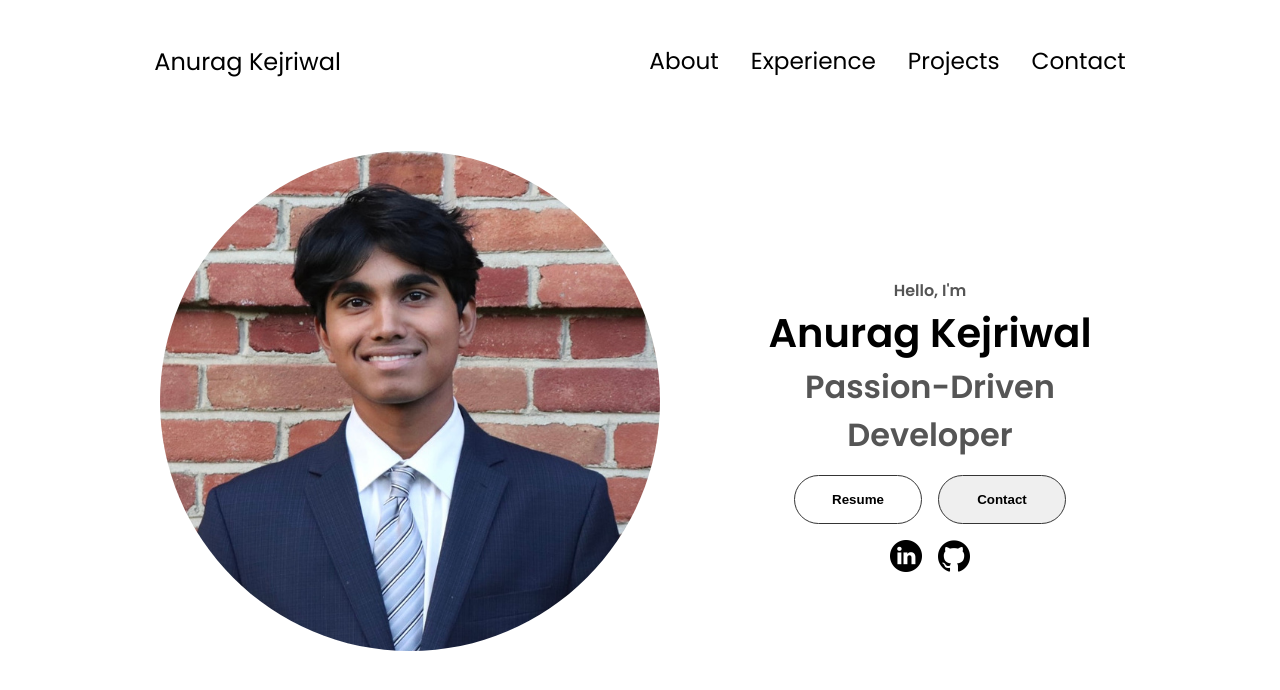
Repository: anuragkej/OldPortfolio
Page: index.html
An editor plug-in stored every save of this project. The page is shown before and after the next save, followed by the edit.
The browser window is 1280 px wide. The pictures show the whole page.

Above is the page before, as saved 2024-05-25 21:39:52.

### index.html
<!DOCTYPE html>
<html lang="en">
<head>
    <meta charset="UTF-8">
    <meta name="viewport" content="width=device-width, initial-scale=1.0">
    <title>Personal Portfolio</title>
    <link rel="stylesheet" href="style.css">
    <link rel="stylesheet" href="mediaqueries.css">
</head>
<body>
    <nav id="desktop-nav">
        <div class="logo">Anurag Kejriwal</div>
        <div>
            <ul class="nav-links">
                <li><a href="#about">About</a></li>
                <li><a href="#experience">Experience</a></li>
                <li><a href="#projects">Projects</a></li>
                <li><a href="#contact">Contact</a></li>
            </ul>
        </div>
    </nav>
    <nav id="hamburger-nav">
        <div class="logo">Anurag Kejriwal</div>
        <div class="hamburger-menu">
            <div class="hamburger-icon" onclick="toggleMenu()">
                <span></span>
                <span></span>
                <span></span>
            </div>
            <div class="menu-links">
                <li><a href="#about" onclick="toggleMenu()" >About</a></li>
                <li><a href="#experience" onclick="toggleMenu()">Experience</a></li>
                <li><a href="#projects" onclick="toggleMenu()">Projects</a></li>
                <li><a href="#contact" onclick="toggleMenu()">Contact</a></li>
            </div>
        </div>
    </nav>
    <section id="profile">
        <div class="section_pic-container">
            <img src="./assets/anuragprofpic.png" alt="Anurag Kejriwal profile picture">
        </div>
        <div class="section__text">
            <p class="section__text__p1">Hello, I'm</p>
            <h1 class="title">Anurag Kejriwal</h1>
            <p class="section__text__p2">Passion-Driven Developer</p>
            <div class="btn-container">
                <button class="btn btn-color-2"
                onclick="window.open('./assets/AnuragKejriwalResume_2026.pdf')">Resume</button>
                <button class="btn btn-color-1"
                onclick="location.href='./#contact'">Contact</button>
            </div>
            <div id="socials-container">
                <img src="./assets/linkedin.png" alt="My LinkedIn Profile"
                class ="icon" onclick="location.href='https://linkedin.com/in/anuragkejriwal1/'">
                <img src="./assets/github.png" alt="My Github Profile"
                class ="icon" onclick="location.href='https://github.com/anuragkej'">
            </div>
        </div>
    </section>
    <script src="script.js"></script>

</body>
</html>

### style.css
/* General */

@import url('https://fonts.googleapis.com/css2?family=Poppins:wght@300;400;500;600&display=swap');
*{
    margin: 0;
    padding: 0;
}

body{
    font-family: "Poppins", sans-serif;
}

html{
    scroll-behavior: smooth;
}

p{
    color: rgb(85, 85, 85);
}

/* Transition */
/* all the links, with button*/

a,
.btn{
    transition: all 300ms ease;
}

/*Desktop navigation */

nav, .nav-links {
    display: flex;
}

nav{
    justify-content: space-around;
    align-items: center;
    height: 17vh;
}

.nav-links{
    gap: 2rem;
    list-style: none;
    font-size: 1.45rem;
}

a{
    color: black;
    text-decoration: none;
    text-decoration-color: white;

}

a:hover{
    color: grey;
    text-decoration: underline;
    text-underline-offset: 0.7rem;
    text-decoration-color: rgb(181, 181, 181);
}

.logo{
    font-size: 1.5rem
}

.logo:hover{
    cursor:default;
}

/*Hamburger menu */

#hamburger-nav{
    display: none;
}

.hamburger-menu{
    position: relative;
    display: inline-block;
}

.hamburger-icon{
    display: flex;
    flex-direction: column;
    justify-content: space-between;
    height: 24px;
    width: 30px;
    cursor: pointer;
}

.hamburger-icon span{
    width: 100%;
    height: 2px;
    background-color: black;
    transition: all 0.3 ease-in-out;
}

.menu-links{
    position: absolute;
    top: 100%;
    right: 0%;
    background-color: white;
    width: fit-content;
    max-height: 0;
    overflow: hidden;
    transition: all 0.3 ease-in-out;
}

.menu-links a{
    display: block;
    padding: 10px;
    text-align: center;
    font-size: 1.5rem;
    color:black;
    text-decoration: none;
    transition: all 0.3 ease-in-out;

}

.menu-links li{
    list-style: none;
}

.menu-links.open{
    max-height: 300px;
}

.hamburger-icon.open span:first-child{
    transform: rotate(45deg) translate(10px, 5px);
}
.hamburger-icon.open span:nth-child(2){
    opacity: 0;
}
.hamburger-icon.open span:last-child{
    transform: rotate(-45deg) translate(10px, -5px);
}

.hamburger-icon span:first-child{
    transform: none;
}
.hamburger-icon span:first-child{
    opacity: 1;
}
.hamburger-icon span:first-child{
    transform: none;
}

/*Sections*/

section{
    padding-top: 4vh;
    height: 96vh;
    margin: 0 10rem;
    box-sizing: border-box;
    min-height: fit-content;
}

.section-container{
    display: flex;
}

/*Profile Section*/

#profile {
    display: flex;
    justify-content: center;
    gap: 5rem;
    height: 80vh;
}

.section__pic-container{
    display: flex;
    height: 400px;
    width: 400px;
    margin: auto 0;
}

.section__text{
    align-self: center;
    text-align: center;

}

.section__text p{
    font-weight: 600;
}

.section__text__p1{
    text-align: center;
}
.section__text__p2{
    font-size: 2rem;
    margin-bottom: 1rem;
}

.title{
    font-size: 2.5rem;
    text-align: center;
}

#socials-container{
    display: flex;
    justify-content: center;
    margin-top: 1rem;
    gap: 1rem;
}

/*Icon*/

.icon{
    cursor: pointer;
    height: 2rem;
}

/*Buttons*/

.btn-container{
    display: flex;
    justify-content: center;
    gap: 1rem;

}

.btn{
    font-weight: 600;
    transition: all 300ms ease;
    padding: 1rem;
    width: 8rem;
    border-radius: 2rem;
}

.btn-color-1, .btn-color-2{
    border: rgb(53,53,53) 0.1rem solid;
}

.btn-color-1:hover, .btn-color-2:hover{
    cursor: pointer;
}


.btn-color-1:hover, .btn-color-2:hover{
    background: rgb(42, 42, 42);
    color: white;
}

.btn-color-2 {
    background: none;
}

.btn-color-2:hover{
    border: rgb(255,255,255) 0.3rem solid;
}

.btn-container {
    gap: 1rem;
}

### mediaqueries.css
@media screen and (max-width: 1200px) {
    #desktop-nav {
        display: none;
    }
    #hamburger-nav{
        display: flex;
    }
}

### script.js
function toggleMenu(){
    const menu = document.querySelector(".menu-links");
    const icon = document.querySelector(".hamburger-icon");
    menu.classList.toggle("open");
    icon.classList.toggle("open");
}
function toggleMenu(){
    const menu = document.querySelector(".menu-links");
    const icon = document.querySelector(".hamburger-icon");
    menu.classList.toggle("open");
    icon.classList.toggle("open");
}

After the next save:
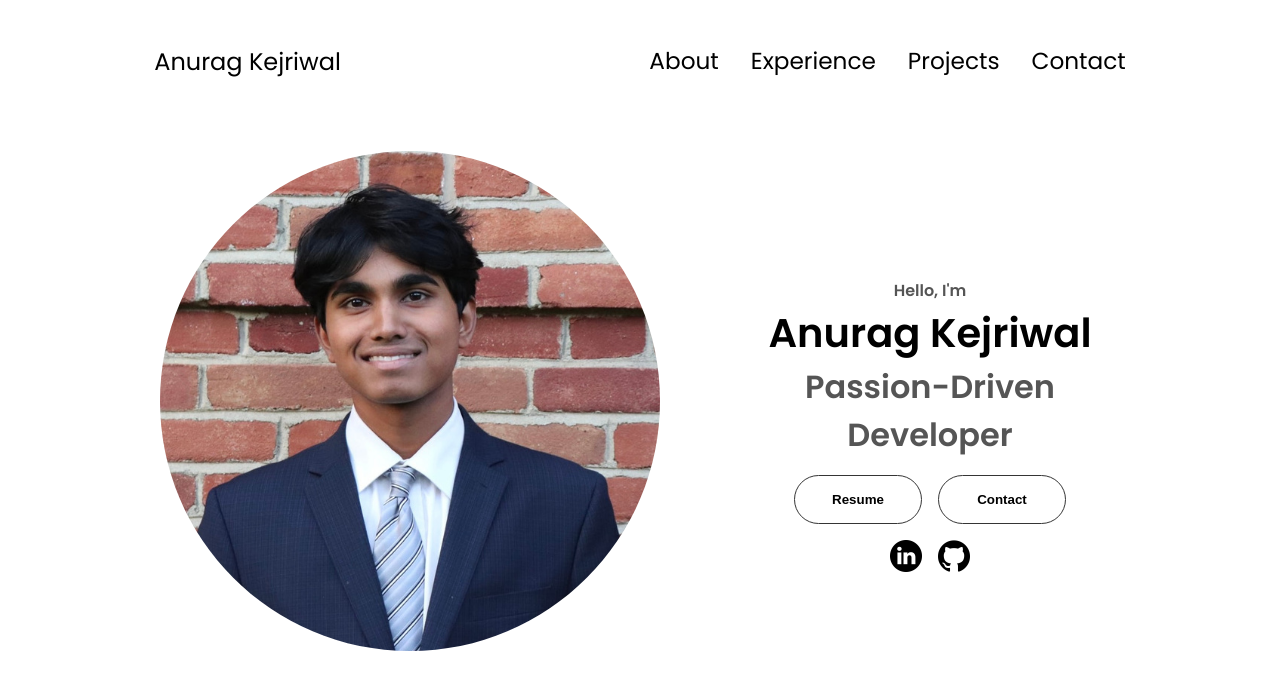
Saved 12 s later.
--- a/style.css
+++ b/style.css
@@ -241,7 +241,7 @@
     color: white;
 }
 
-.btn-color-2 {
+.btn-color-2, .btn-color-1 {
     background: none;
 }
 
